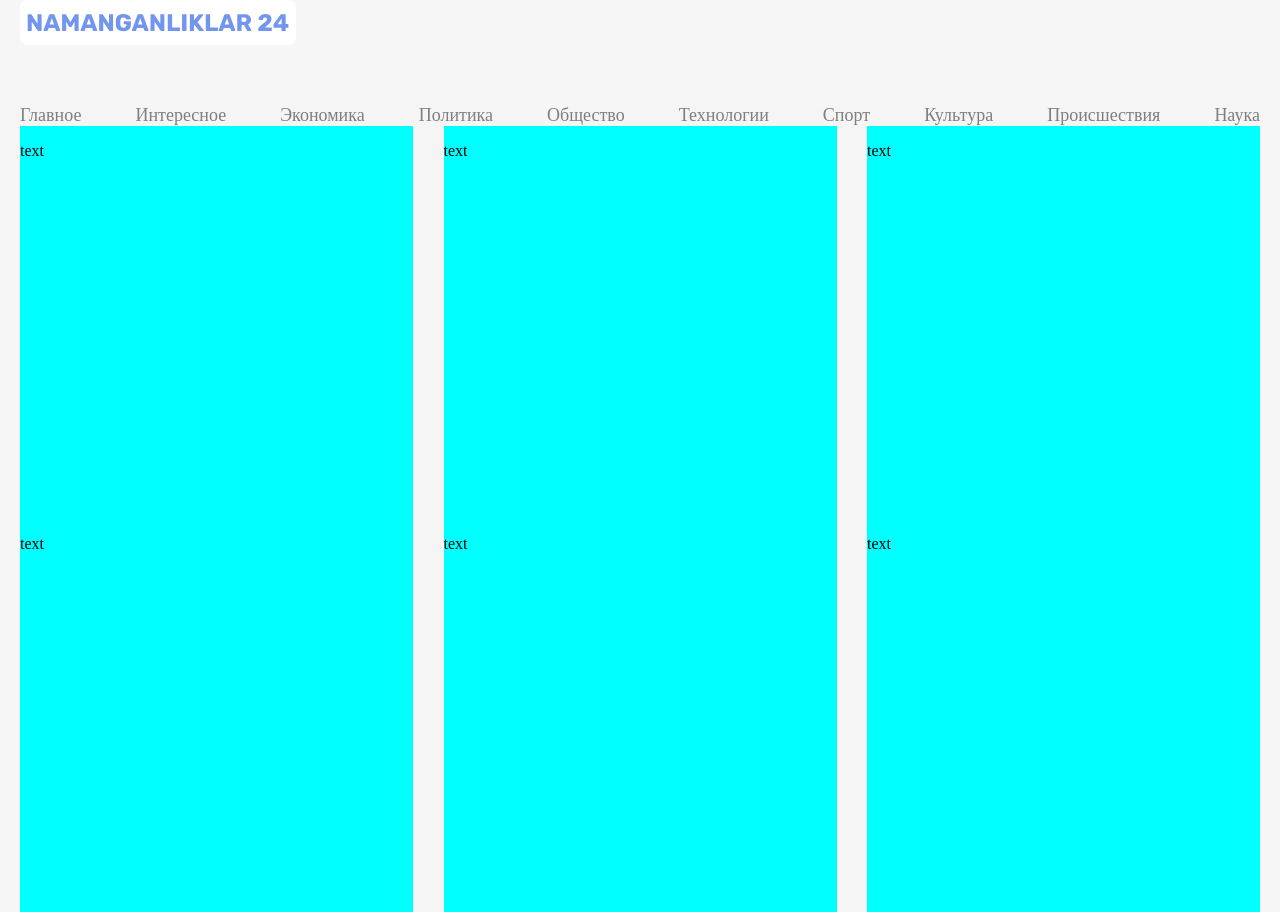
Repository: UlugbekAbdurasulov/projekt
Page: index.html
The author's editor kept a copy of each file at every save. The page is drawn from the files as they stood at one save, then again after a run of saves.
The browser window is 1280 px wide. The pictures show the whole page.

Above is the page before, as saved 2023-05-29 16:26:18.

After the next 2 saves:
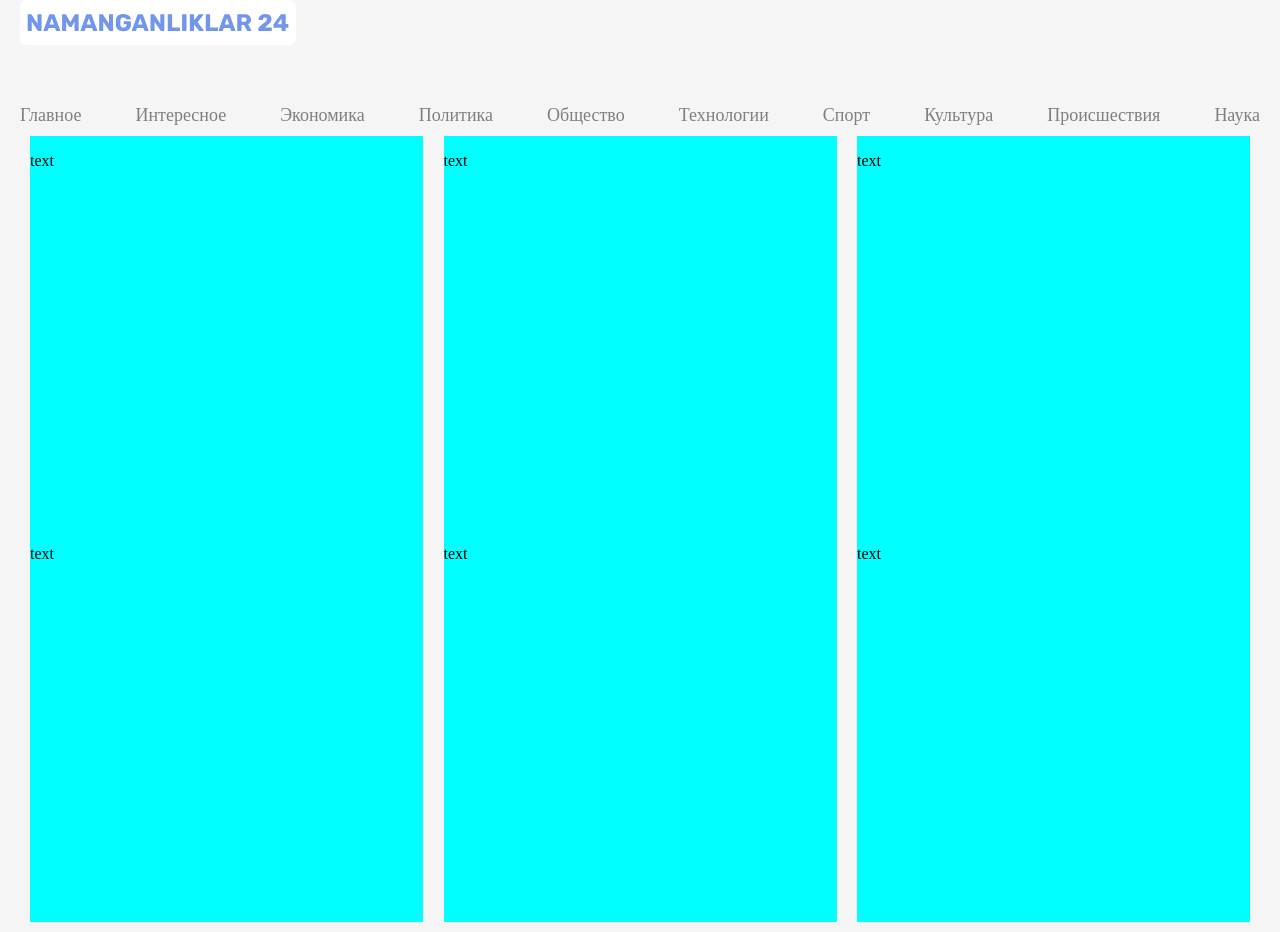
The 2 saves are shown as one change because they came seconds apart.
The last was saved 59 s later.
--- a/css/main.css
+++ b/css/main.css
@@ -46,7 +46,7 @@
   .information-box{
     display: flex;
     margin: 0;
-    padding: 0;
+    padding: 10px;
     flex-wrap: wrap;
     justify-content: space-between;
 

After the save that followed:
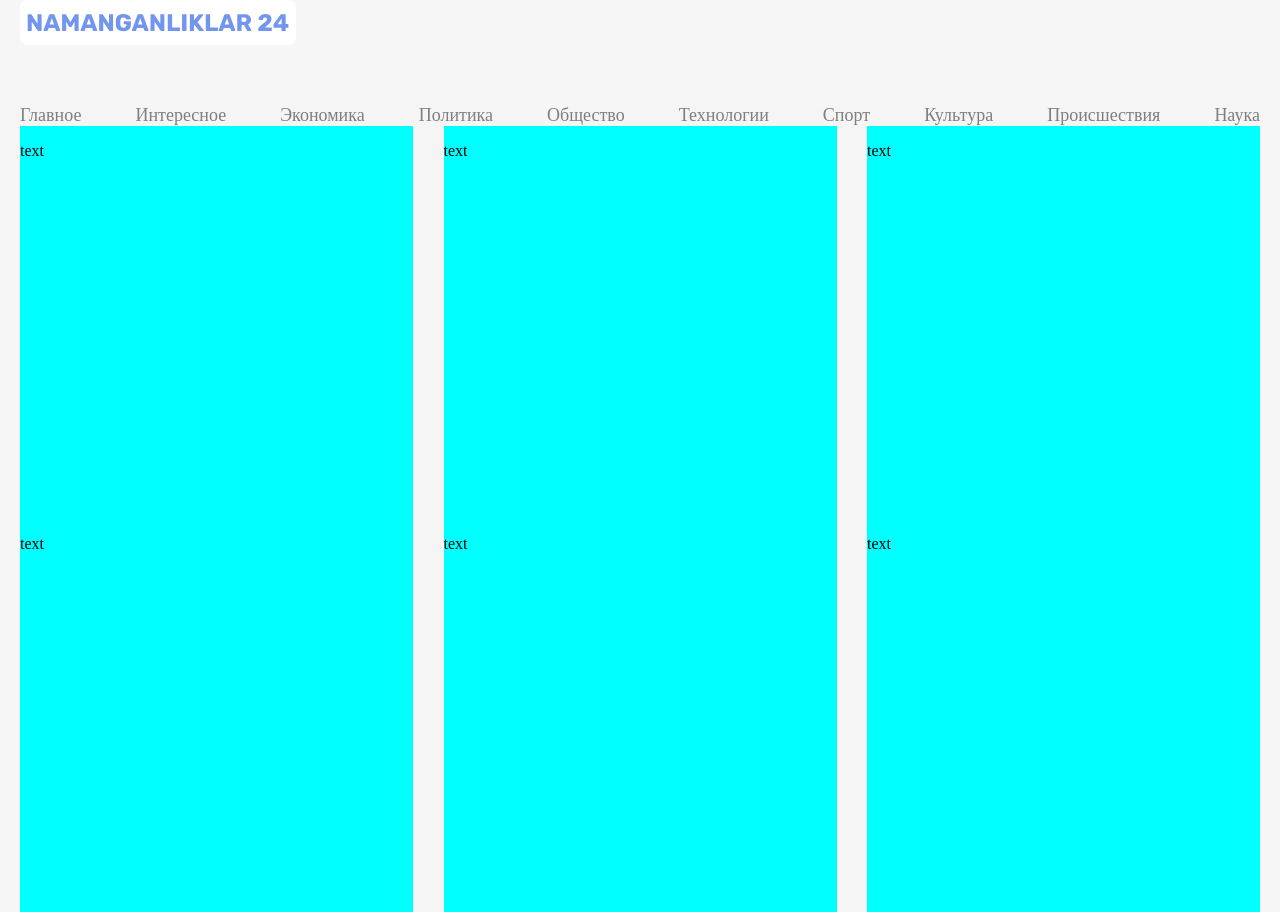
Saved 7 s later.
--- a/css/main.css
+++ b/css/main.css
@@ -46,7 +46,7 @@
   .information-box{
     display: flex;
     margin: 0;
-    padding: 10px;
+    padding: 0;
     flex-wrap: wrap;
     justify-content: space-between;
 
